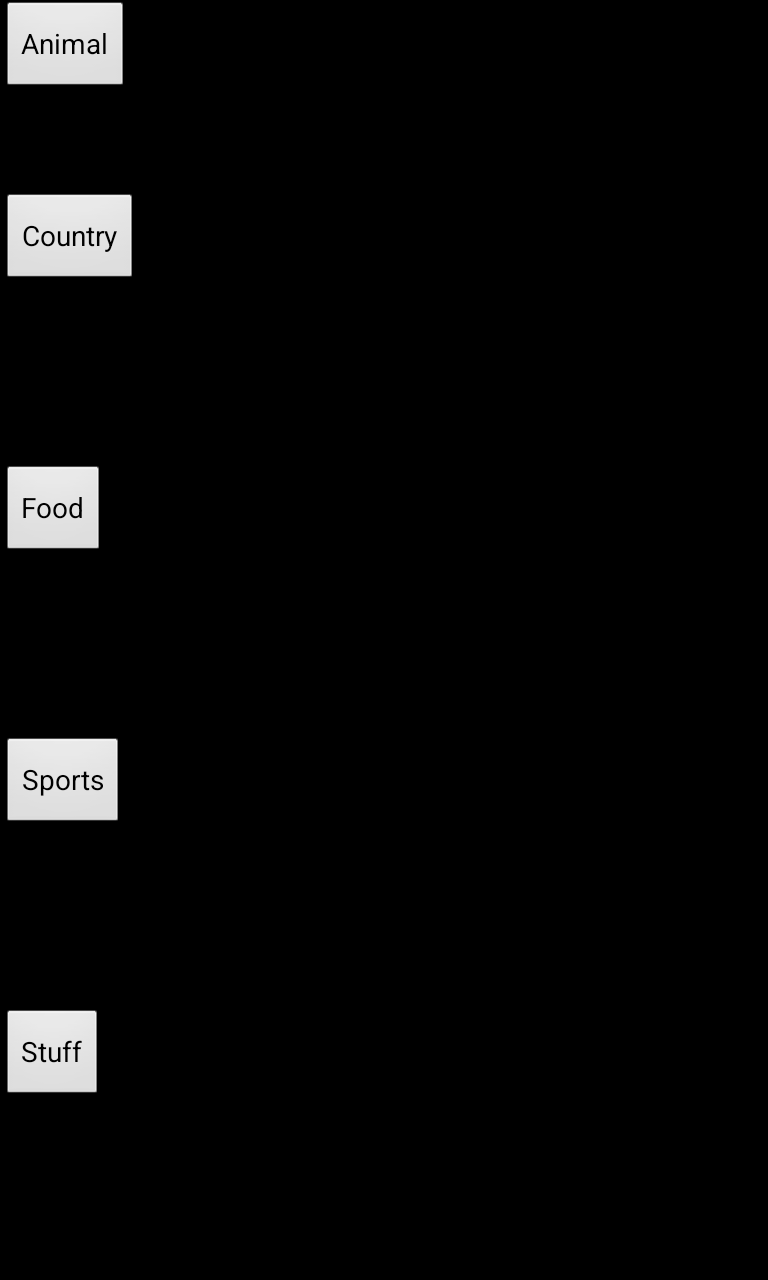
Repository: aster9725/HK-CityU-SummerExchange
Layout: Copy of WordQuiz/res/layout/activity_category.xml
An editor plug-in stored every save of this project. The layout is shown before and after the next save, followed by the edit.
It is drawn on a 768 x 1280 px phone screen (xhdpi) without system bars, with theme android:Theme; the app's code is not run.

Above is the layout before, as saved 2014-07-24 09:54:43.

After the next save:
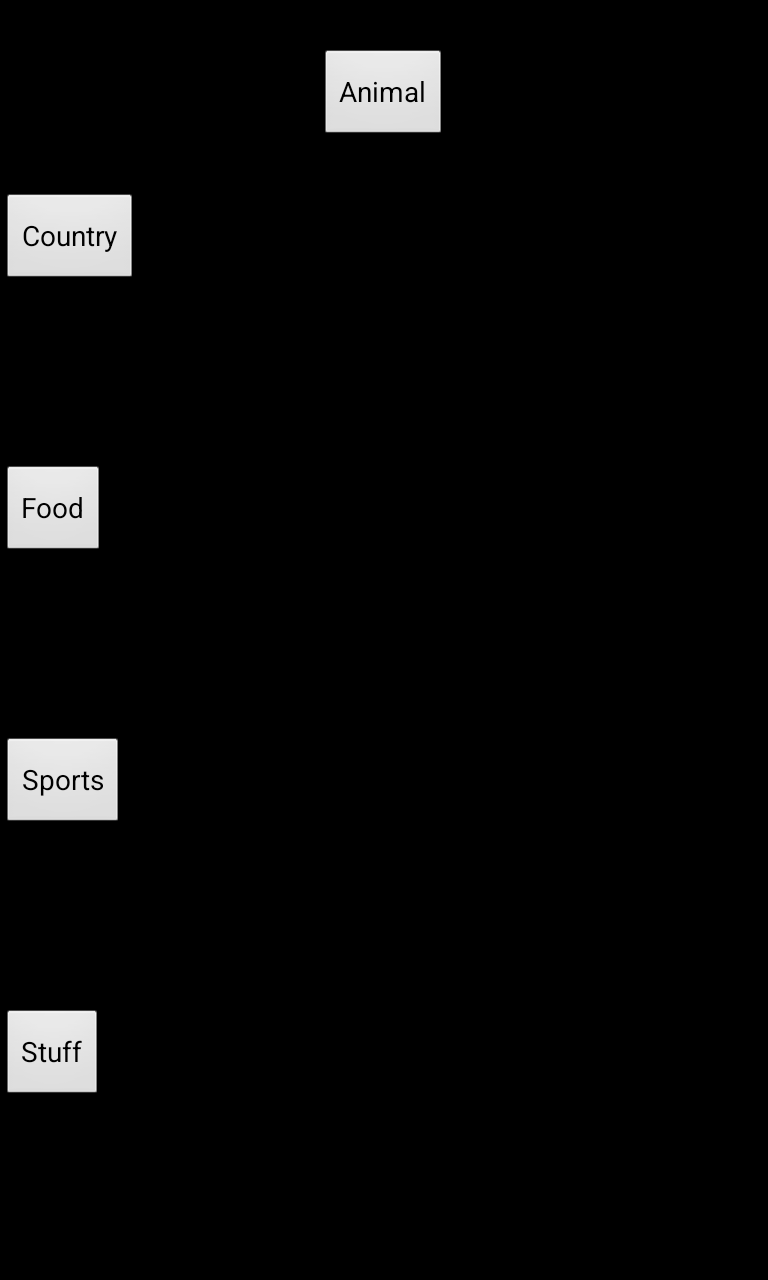
Saved 33 s later.
--- a/Copy of WordQuiz/res/layout/activity_category.xml
+++ b/Copy of WordQuiz/res/layout/activity_category.xml
@@ -8,7 +8,8 @@
         android:layout_width="match_parent"
         android:layout_height="wrap_content"
         android:layout_weight="1"
-        android:orientation="horizontal" >
+        android:orientation="horizontal"
+        android:gravity="center_vertical|center_horizontal" >
 
         <Button
             android:id="@+id/category_animal"
